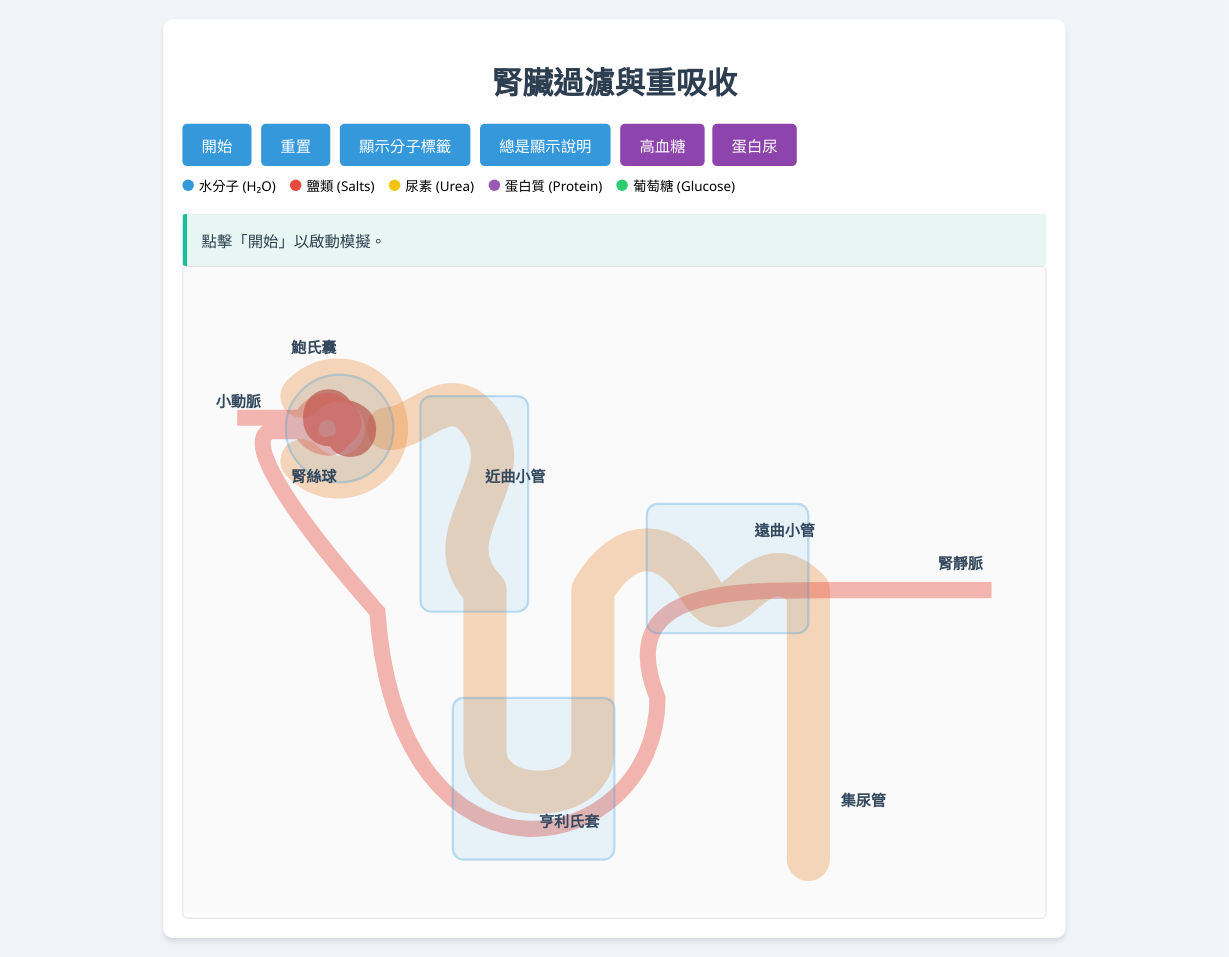
Repository: sohinrick-spec/hinhinsimulation
Page: bio sim E1 Ch1 Osmoregulation reabsorption.html
These files come from the project's save history. The page is drawn as it stood at one moment and after the next save; the edit follows.
The browser window is 1280 px wide. The pictures show the whole page, at 96% of full size.

Above is the page before, as saved 2026-06-22 11:10:26.

After the next save:
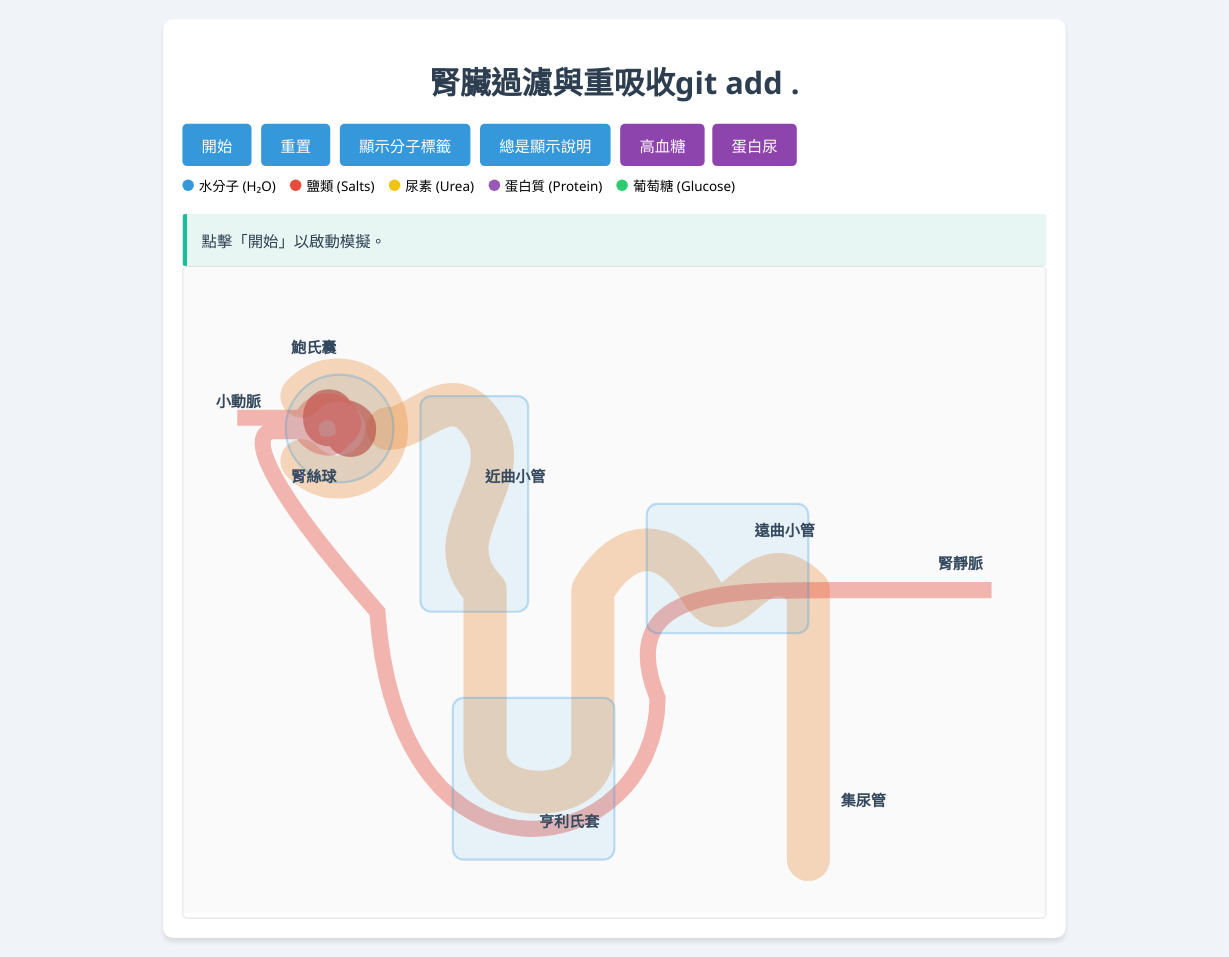
Saved 109 s later.
--- a/bio sim E1 Ch1 Osmoregulation reabsorption.html
+++ b/bio sim E1 Ch1 Osmoregulation reabsorption.html
@@ -230,7 +230,7 @@
 
 <body>
     <div class="container">
-        <h1>腎臟過濾與重吸收</h1>
+        <h1>腎臟過濾與重吸收git add .</h1>
         <div class="controls">
             <button id="startBtn">開始</button>
             <button id="resetBtn">重置</button>

After the 2 saves that followed:
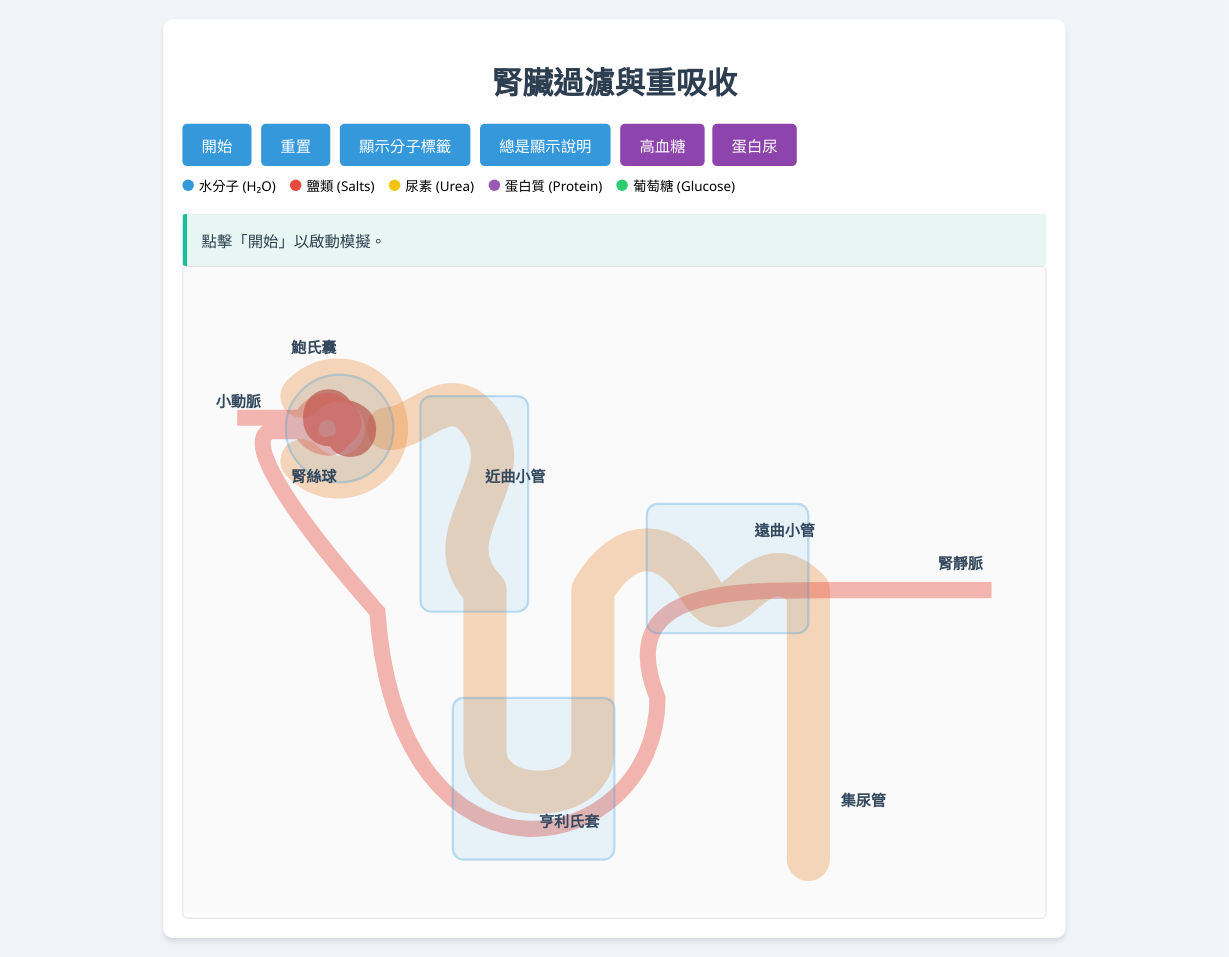
The 2 saves are shown as one change because they came seconds apart.
The last was saved 11 s later.
--- a/bio sim E1 Ch1 Osmoregulation reabsorption.html
+++ b/bio sim E1 Ch1 Osmoregulation reabsorption.html
@@ -230,7 +230,7 @@
 
 <body>
     <div class="container">
-        <h1>腎臟過濾與重吸收git add .</h1>
+        <h1>腎臟過濾與重吸收</h1>
         <div class="controls">
             <button id="startBtn">開始</button>
             <button id="resetBtn">重置</button>
